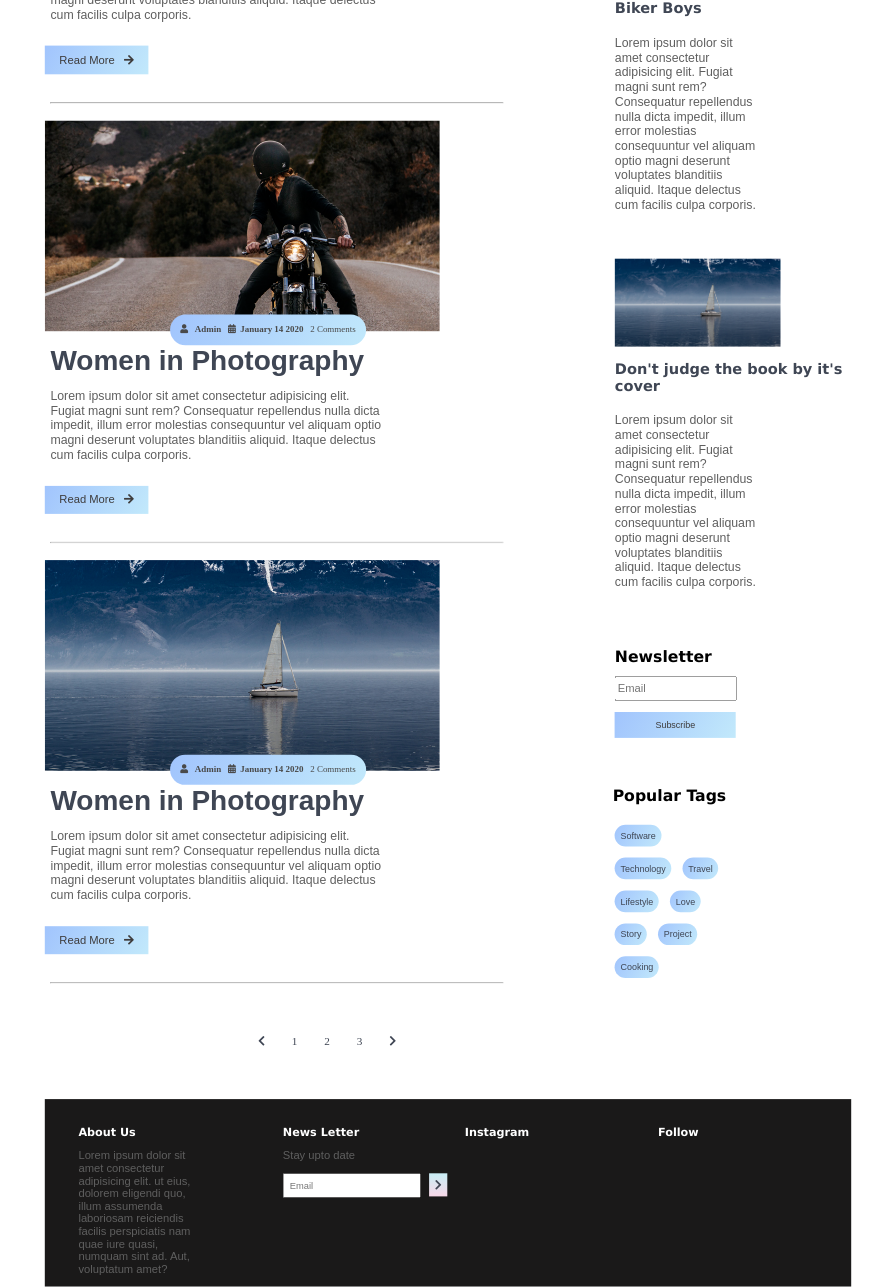
Repository: premjawaharp/Blogsite
Page: index.html
These files come from the project's save history. The page is drawn as it stood at one moment and after a run of saves; the edit follows.
The browser window is 1280 px wide. The pictures show the part of the page from y = 2383 to 4303 px (the page is 4221 px tall before and 4303 px after), at 70% of full size.

Above is the page before, as saved 2020-09-18 15:22:16.

After the next 2 saves:
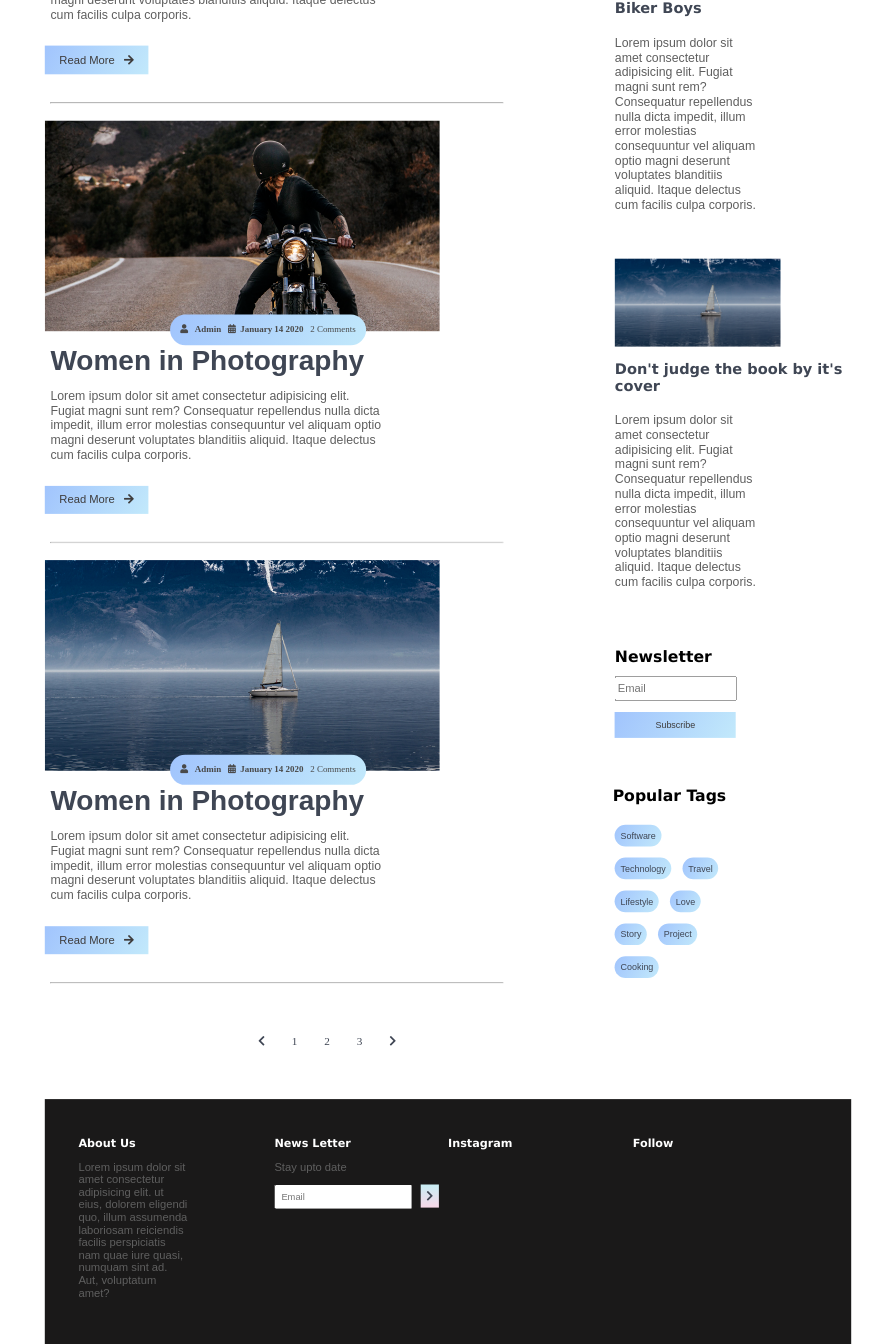
The 2 saves are shown as one change because they came seconds apart.
The last was saved 10 s later.
--- a/css/style.css
+++ b/css/style.css
@@ -481,8 +481,7 @@ main .news-letter .news-form .new-form-btn {
 
 }
 .footer .pad-pad{
-    padding-left:3rem;
-    padding-top: 2rem;
+    padding:3rem;
 }
 .footer .news-inputs span{
     color: var(--text-gray);
